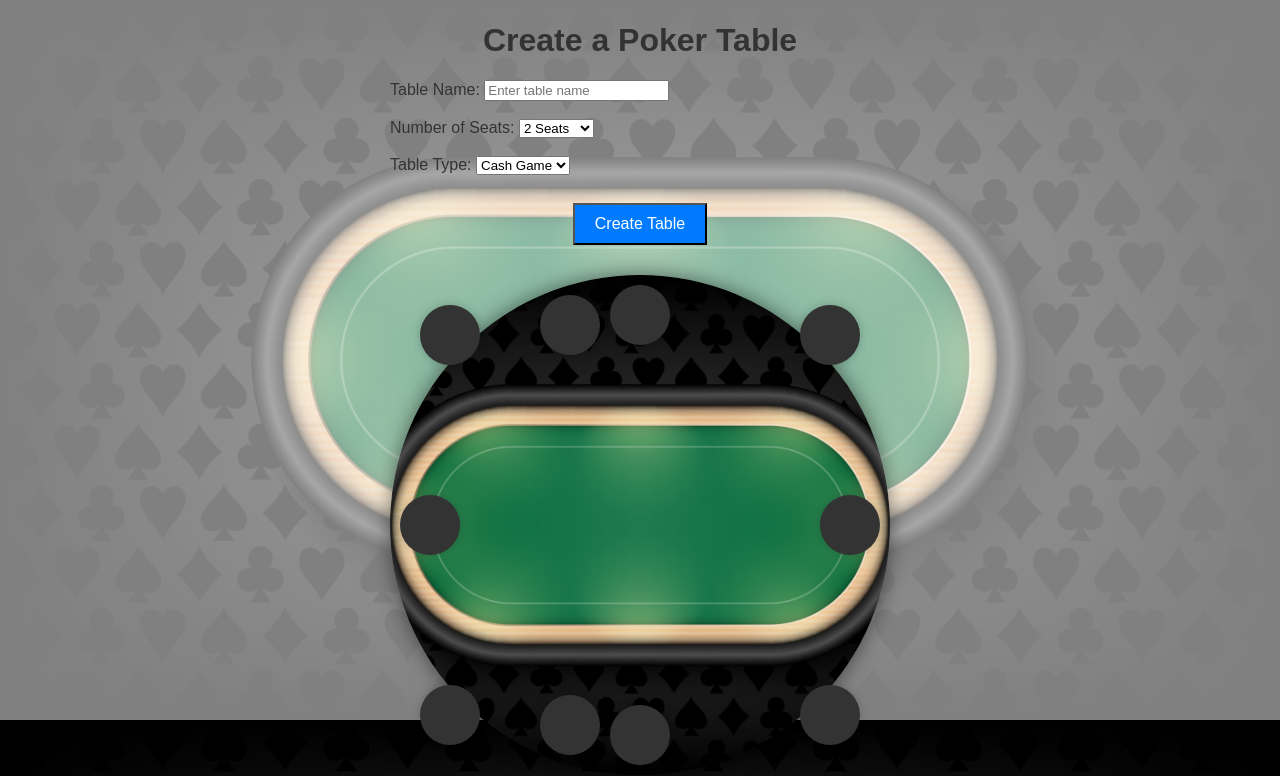
Repository: KidBillionaire/newapp
Page: public/create-table.html
The author's editor kept a copy of each file at every save. The page is drawn from the files as they stood at one save, then again after the next save.
The browser window is 1280 px wide. The pictures show the whole page.
Backgrounds fixed to the window are drawn as part of the page.

Above is the page before, as saved 2024-10-10 16:27:36.
Not found: js/createTable.js

### public/create-table.html
<!DOCTYPE html>
<html lang="en">
<head>
  <meta charset="UTF-8">
  <meta name="viewport" content="width=device-width, initial-scale=1.0">
  <title>Create a Poker Table</title>
  <link rel="stylesheet" href="styles.css"> <!-- Link to your styles -->
  <script defer src="/js/createTable.js"></script> <!-- Link to frontend JS for this page -->
</head>
<body class="create-table-page"> <!-- Apply the background image to this page -->
  <div>
    <h1>Create a Poker Table</h1>
    <form id="createTableForm">
      <label for="tableName">Table Name:</label>
      <input type="text" id="tableName" placeholder="Enter table name" required>
      <br><br>

      <label for="numSeats">Number of Seats:</label>
      <select id="numSeats">
        <option value="2">2 Seats</option>
        <option value="6">6 Seats</option>
        <option value="10">10 Seats</option>
      </select>
      <br><br>

      <label for="tableType">Table Type:</label>
      <select id="tableType">
        <option value="cash">Cash Game</option>
        <option value="tournament">Tournament</option>
      </select>
      <br><br>

      <button type="submit">Create Table</button>
    </form>

    <!-- Poker Table Container -->
    <div id="pokerTableContainer">
      <div id="pokerTable">
        <!-- Player Seats (Will be populated dynamically) -->
        <div class="seat seat-top" id="seat1"></div>
        <div class="seat seat-right" id="seat2"></div>
        <div class="seat seat-bottom" id="seat3"></div>
        <div class="seat seat-left" id="seat4"></div>
        <div class="seat seat-top-right" id="seat5"></div>
        <div class="seat seat-bottom-right" id="seat6"></div>
        <div class="seat seat-bottom-left" id="seat7"></div>
        <div class="seat seat-top-left" id="seat8"></div>
        <div class="seat seat-top-center" id="seat9"></div>
        <div class="seat seat-bottom-center" id="seat10"></div>
      </div>
    </div>
  </div>
</body>
</html>

### public/styles.css
body {
    font-family: Arial, sans-serif;
    background-color: #f7f9fc;
    padding: 20px;
}

h1 {
    text-align: center;
    color: #333;
}

#userTable {
    width: 80%;
    margin: 0 auto;
    border-collapse: collapse;
}

#userTable th,
#userTable td {
    border: 1px solid #ddd;
    padding: 8px;
    text-align: center;
}

#userTable th {
    background-color: #333;
    color: white;
}

button {
    display: block;
    margin: 10px auto;
    padding: 10px 20px;
    font-size: 16px;
    cursor: pointer;
}

button:hover {
    background-color: #555;
    /* Darker background */
    color: #fff;
    /* White text */
}


.montserrat-title {
    font-family: 'Montserrat', sans-serif;
    font-weight: 700;
    /* strong title font */
}

.montserrat-body {
    font-family: 'Montserrat', sans-serif;
    font-weight: 400;
    /* normal body font */
}

.container {
    display: flex;
    justify-content: space-around;
    align-items: center;
}

:root {
    --primary-color: #333;
    --secondary-color: #007BFF;
    --background: #f7f9fc;
}

body {
    background: var(--background);
    color: var(--primary-color);
}

button {
    background-color: var(--secondary-color);
    color: white;
}

/* Profile Settings Section */
#profileSettings {
    margin: 20px auto;
    width: 50%;
    border: 1px solid #ddd;
    padding: 20px;
    background-color: #fff;
    box-shadow: 0 0 10px rgba(0, 0, 0, 0.1);
}

.hidden {
    display: none;
}

#profileSettings label {
    display: inline-block;
    width: 150px;
}

#profileSettings input {
    width: calc(100% - 160px);
    padding: 8px;
    margin: 8px 0;
}

#profileSettings button {
    width: 100%;
    padding: 10px;
    background-color: #333;
    color: white;
    border: none;
    cursor: pointer;
}
/* Create a specific class for the Create Poker Table page background */
.create-table-page {
    background-image: url('images/vecteezy_poker-table-green-cloth-on-dark-background-vector-illustration_6325236.jpg'); /* Set background image */
    background-size: cover;         /* Scale the image to cover the entire page */
    background-repeat: no-repeat;   /* Prevent tiling */
    background-position: center;    /* Center the background */
    background-attachment: fixed;   /* Make the background fixed during scroll */
    padding: 20px;
    height: 100vh;                  /* Set height to fill the entire view height */
    display: flex;                  /* Use flexbox for centering */
    justify-content: center;        /* Center content horizontally */
    align-items: center;            /* Center content vertically */
  }

  .create-table-page::after {
    content: '';
    position: absolute;
    top: 0;
    left: 0;
    width: 100%;
    height: 100%;
    background: rgba(255, 255, 255, 0.5); /* Dark overlay */
    z-index: -1; /* Ensure it stays behind other elements */
  }
  /* Container for the poker table */
#pokerTableContainer {
    display: flex;
    justify-content: center;
    align-items: center;
    margin-top: 30px;
  }

  /* Style the poker table */
  #pokerTable {
    position: relative;
    width: 500px;
    height: 500px;
    border-radius: 50%; /* Make the table circular */
    background: url('images/vecteezy_poker-table-green-cloth-on-dark-background-vector-illustration_6325236.jpg') center/cover; /* Set background image */
    box-shadow: 0 0 20px rgba(0, 0, 0, 0.5);
  }

  /* Generic seat style */
  .seat {
    position: absolute;
    width: 60px;
    height: 60px;
    border-radius: 50%;
    background-color: #333;
    color: white;
    display: flex;
    justify-content: center;
    align-items: center;
    font-size: 14px;
    box-shadow: 0 0 10px rgba(0, 0, 0, 0.2);
  }

  /* Seat positions */
  .seat-top { top: 10px; left: 50%; transform: translateX(-50%); }
  .seat-right { top: 50%; right: 10px; transform: translateY(-50%); }
  .seat-bottom { bottom: 10px; left: 50%; transform: translateX(-50%); }
  .seat-left { top: 50%; left: 10px; transform: translateY(-50%); }

  .seat-top-right { top: 30px; right: 30px; }
  .seat-bottom-right { bottom: 30px; right: 30px; }
  .seat-bottom-left { bottom: 30px; left: 30px; }
  .seat-top-left { top: 30px; left: 30px; }

  .seat-top-center { top: 20px; left: 30%; }
  .seat-bottom-center { bottom: 20px; left: 30%; }

After the next save:
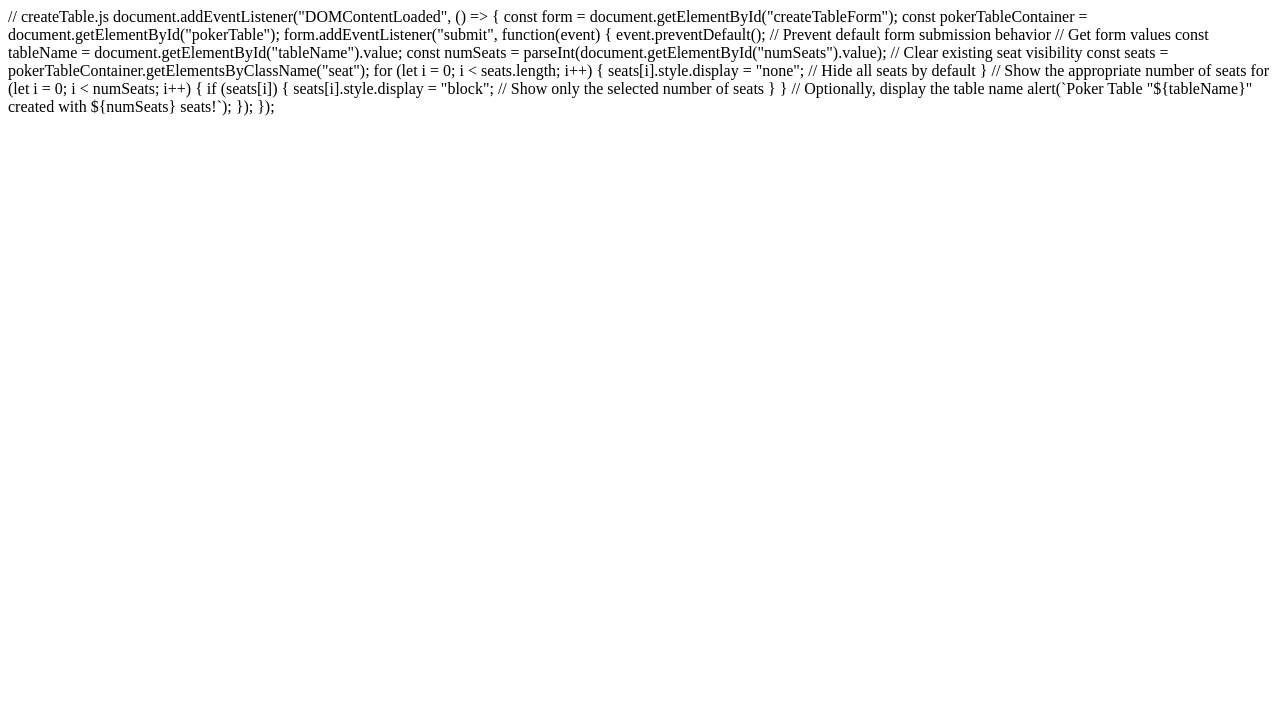
Saved 34 s later.
--- a/public/create-table.html
+++ b/public/create-table.html
@@ -1,54 +1,30 @@
-<!DOCTYPE html>
-<html lang="en">
-<head>
-  <meta charset="UTF-8">
-  <meta name="viewport" content="width=device-width, initial-scale=1.0">
-  <title>Create a Poker Table</title>
-  <link rel="stylesheet" href="styles.css"> <!-- Link to your styles -->
-  <script defer src="/js/createTable.js"></script> <!-- Link to frontend JS for this page -->
-</head>
-<body class="create-table-page"> <!-- Apply the background image to this page -->
-  <div>
-    <h1>Create a Poker Table</h1>
-    <form id="createTableForm">
-      <label for="tableName">Table Name:</label>
-      <input type="text" id="tableName" placeholder="Enter table name" required>
-      <br><br>
+// createTable.js
 
-      <label for="numSeats">Number of Seats:</label>
-      <select id="numSeats">
-        <option value="2">2 Seats</option>
-        <option value="6">6 Seats</option>
-        <option value="10">10 Seats</option>
-      </select>
-      <br><br>
+document.addEventListener("DOMContentLoaded", () => {
+  const form = document.getElementById("createTableForm");
+  const pokerTableContainer = document.getElementById("pokerTable");
 
-      <label for="tableType">Table Type:</label>
-      <select id="tableType">
-        <option value="cash">Cash Game</option>
-        <option value="tournament">Tournament</option>
-      </select>
-      <br><br>
+  form.addEventListener("submit", function(event) {
+    event.preventDefault(); // Prevent default form submission behavior
 
-      <button type="submit">Create Table</button>
-    </form>
+    // Get form values
+    const tableName = document.getElementById("tableName").value;
+    const numSeats = parseInt(document.getElementById("numSeats").value);
 
-    <!-- Poker Table Container -->
-    <div id="pokerTableContainer">
-      <div id="pokerTable">
-        <!-- Player Seats (Will be populated dynamically) -->
-        <div class="seat seat-top" id="seat1"></div>
-        <div class="seat seat-right" id="seat2"></div>
-        <div class="seat seat-bottom" id="seat3"></div>
-        <div class="seat seat-left" id="seat4"></div>
-        <div class="seat seat-top-right" id="seat5"></div>
-        <div class="seat seat-bottom-right" id="seat6"></div>
-        <div class="seat seat-bottom-left" id="seat7"></div>
-        <div class="seat seat-top-left" id="seat8"></div>
-        <div class="seat seat-top-center" id="seat9"></div>
-        <div class="seat seat-bottom-center" id="seat10"></div>
-      </div>
-    </div>
-  </div>
-</body>
-</html>
+    // Clear existing seat visibility
+    const seats = pokerTableContainer.getElementsByClassName("seat");
+    for (let i = 0; i < seats.length; i++) {
+      seats[i].style.display = "none"; // Hide all seats by default
+    }
+
+    // Show the appropriate number of seats
+    for (let i = 0; i < numSeats; i++) {
+      if (seats[i]) {
+        seats[i].style.display = "block"; // Show only the selected number of seats
+      }
+    }
+
+    // Optionally, display the table name
+    alert(`Poker Table "${tableName}" created with ${numSeats} seats!`);
+  });
+});
